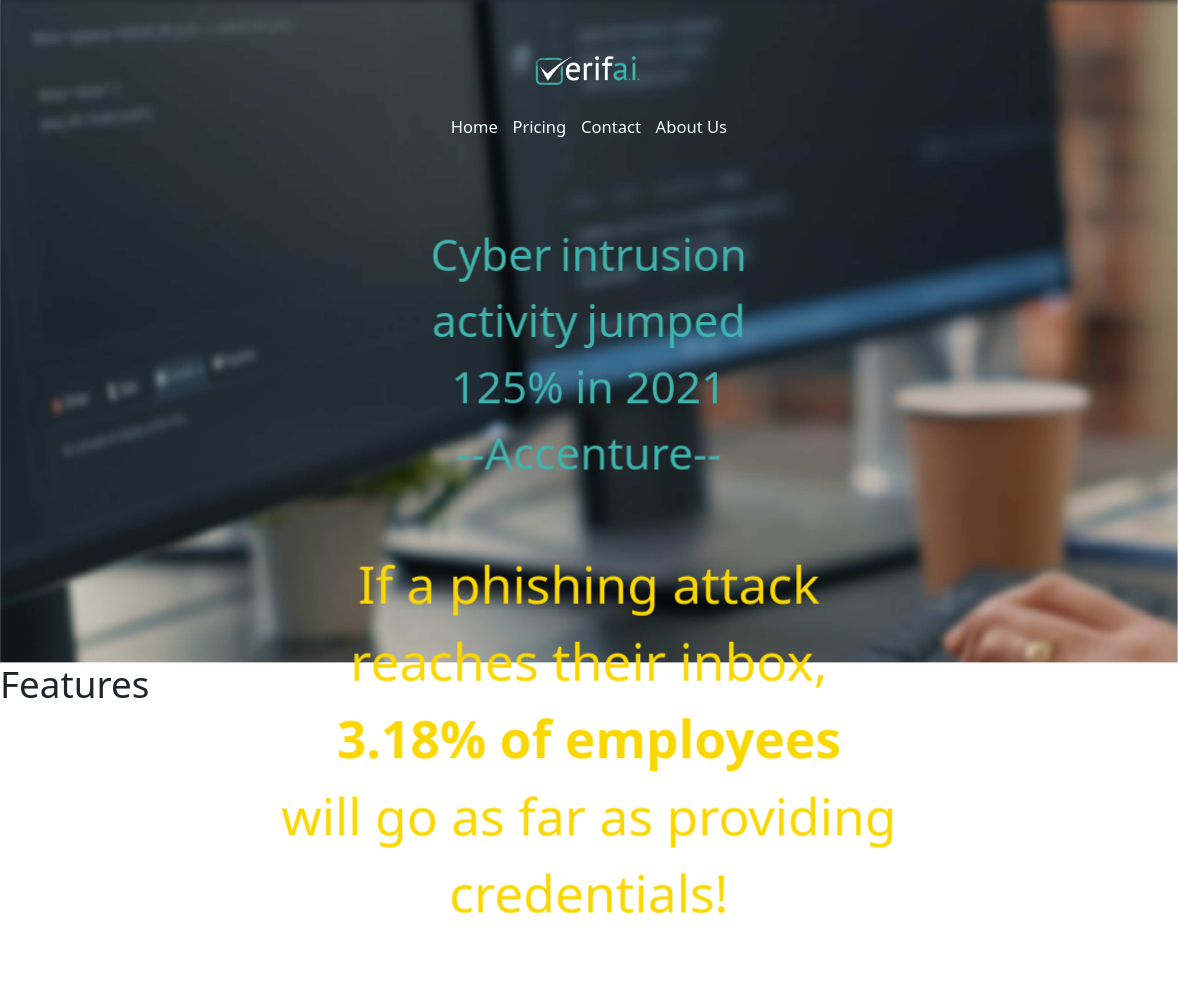
Repository: Ali-VB/verif-website
Page: /
The author's editor kept a copy of each file at every save. The page is drawn from the files as they stood at one save, then again after a run of saves.
The browser window is 1280 px wide. The pictures show the whole page, at 92% of full size.
The project was rebuilt for these pictures with package versions that can differ from the ones it lists, and the page was loaded fresh each time.

Above is the page before, as saved 2022-04-19 09:59:31.

### src/index.css
 body {
  margin: 0;
  padding: 0;
  font-family: -apple-system, BlinkMacSystemFont, 'Segoe UI', 'Roboto', 'Oxygen',
    'Ubuntu', 'Cantarell', 'Fira Sans', 'Droid Sans', 'Helvetica Neue',
    sans-serif;
  -webkit-font-smoothing: antialiased;
  -moz-osx-font-smoothing: grayscale;
}

/* code {
  font-family: source-code-pro, Menlo, Monaco, Consolas, 'Courier New',
    monospace;
}  */

### src/App.js
import React from "react";
import './App.css'
import Navbar from './components/Navbar/Navbar';
import Features from './components/Features/Features'
import Header from './components/Header/Header'


function App() {
  return (
    <div>
      <div className="nav-bg">
        <Navbar />
        <Header />

      </div>
       <Features />
    </div>

  );
}

export default App;

### src/App.css

.nav-bg{
    background-image: url("./Assets/imgs/nav-bg.png");
    height: 100vh;
}

### src/components/Navbar/Navbar.jsx
import React from "react";
import "./Navbar.css";
import verifLogo from "../../Assets/imgs/logo_verif_white.png";
import Header from "../Header/Header";

function Navbar() {
  return (
    <div className="container">
      <div className=" navbar">
        <img className="verif-logo" src={verifLogo} alt="verif-logo" />
        <ul className="navLink">
          <li>Home</li>
          <li>Pricing</li>
          <li>Contact</li>
          <li>About Us</li>
        </ul>
      </div>
    </div>
  );
}

export default Navbar;

### src/components/Features/Features.jsx
import React from 'react'
import './'
const Features = () => {
  return (
    <div>
      <div className="features-title-section">
        <h1 className="features-title">Features</h1>
      </div>
    </div>
  )
}

export default Features

### src/components/Header/Header.jsx
import React from "react";
import "./Header.css";

export default function Header() {
  return (
    <div className="header-animated">
      <div className="text-first">
        <span className="text-first-span">Cyber</span>
        <span className="text-first-span">intrusion</span>
        <span className="text-first-span">activity</span>
        <span className="text-first-span">jumped</span>
        <span className="text-first-span">125% in 2021</span>
        <span className="text-first-span">--Accenture--</span>
      </div>
      <div className="text-second">
        <span className="text-second-span">If a phishing attack reaches their inbox,</span>
        <span className="text-second-span">3.18% of employees</span>
        <span className="text-second-span">
          will go as far as providing credentials!
        </span>
      </div>
    </div>
  );
}

### src/components/Navbar/Navbar.css

.navbar{
    display: flex;
    flex-direction: column;
    justify-content: center;
    height:10rem;
}
.verif-logo{
    width: 8rem;
    margin-top: 3rem;
}
.verif-logo:hover{
    cursor: pointer;
}
.navLink{
    margin: 0;
    padding:0;
    list-style-type: none;
    display: flex;
    color: azure;
    font-size: 18px;
    gap: 1rem;

}
.navLink:hover{
    cursor: pointer;
}

### src/components/Header/Header.css
.header-animated{
    overflow-wrap:break-word;
    margin:0 auto;
    padding: 3rem 5rem;
}

.text-first {
    padding: 2rem 2rem;
    color: #40B3AC;
    font-size:3rem;
    width: 40%;
    margin: 0 auto;
    text-align: center;
    transform: scale(0.94);
    animation: scale 2s forwards cubic-bezier(0.5, 1, 0.89, 1);
  }
.text-second {
    padding: 2rem 2rem;
    color: #FAD700;
    font-size:3.5rem;
    width: 70%;
    margin: 0 auto;
    text-align: center;
    transform: scale(0.94);
    animation: scale 3s forwards cubic-bezier(0.5, 1, 0.89, 1);
  }
  @keyframes scale {
    100% {
      transform: scale(1);
    }
  }

  .text-first-span {
    display: inline-block;
    opacity: 0;
    filter: blur(4px);
  }

  .text-first-span:nth-child(1) {
    animation: fade-in 1s 0.1s forwards cubic-bezier(0.11, 0, 0.5, 0);
    margin: 0 0.3rem;
  }

  .text-first-span:nth-child(2) {
    animation: fade-in 1s 0.3s forwards cubic-bezier(0.11, 0, 0.5, 0);
    margin: 0 0.3rem;
  }

  .text-first-span:nth-child(3) {
    animation: fade-in 1s 0.5s forwards cubic-bezier(0.11, 0, 0.5, 0);
    margin: 0 0.3rem;
  }

  .text-first-span:nth-child(4) {
    animation: fade-in 1s 0.7s forwards cubic-bezier(0.11, 0, 0.5, 0);
    margin: 0 0.3rem;
  }

  .text-first-span:nth-child(5) {
    animation: fade-in 1s 0.9s forwards cubic-bezier(0.11, 0, 0.5, 0);
    margin: 0 0.3rem;
  }
  .text-first-span:nth-child(6) {
    animation: fade-in 1s 0.9s forwards cubic-bezier(0.11, 0, 0.5, 0);
    margin: 0 0.3rem;
  }

  .text-second-span {
    display: inline-block;
    opacity: 0;
    filter: blur(4px);
  }

  .text-second-span:nth-child(1) {
    animation: fade-in 1.2s 2.2s forwards cubic-bezier(0.11, 0, 0.5, 0);
    margin: 0 0.3rem;
  }

  .text-second-span:nth-child(2) {
    animation: fade-in 1.8s 2.6s forwards cubic-bezier(0.11, 0, 0.5, 0);
    margin: 0 0.3rem;
    font-weight: bolder;
  }

  .text-second-span:nth-child(3) {
    animation: fade-in 1.2s 3.6s forwards cubic-bezier(0.11, 0, 0.5, 0);
    margin: 0 0.3rem;
  }


  @keyframes fade-in {
    100% {
      opacity: 1;
      filter: blur(0);
    }
  }

  @media only screen and (max-width: 992px) {
    .text-first {
        margin-top: 3rem;
        margin-bottom: 2rem;
        padding: 0.1rem 0.1rem;
        width: 90%;
        font-size:3.5rem;


      }
      .text-second {
        padding: 0.1rem 0.1rem;
        width: 90%;
        font-size:4rem;

      }
  }

  @media only screen and (max-width: 768px) {
    .text-first {
        margin-top: 4.5rem;
        margin-bottom: 3rem;
        padding: 0.1rem 0.1rem;
        width: 90%;
        font-size:1.5rem;


      }
    .text-second {
        padding: 0.1rem 0.1rem;
        width: 90%;
        font-size:2.1rem;

      }
  }

### src/components/Features/Features.css
.features-title-section{
     height: 5rem;
    background-color: red;
}
.features-title{
   padding: 2rem;
   margin: 0 auto;
}

Loaded but not shown: public/index.html (common file); src/index.js (common file); src/reportWebVitals.js (common file)

After the next 3 saves:
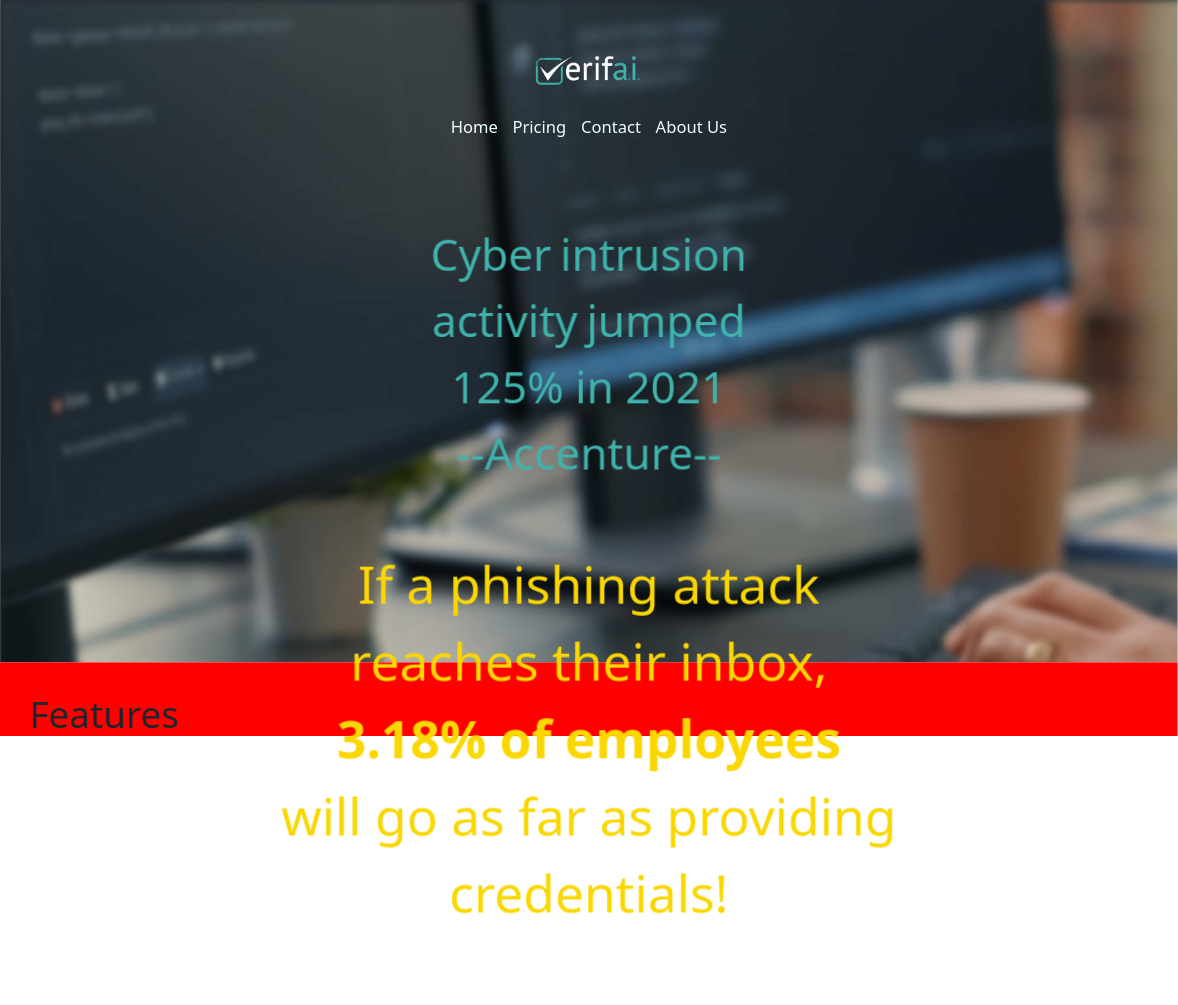
The 3 saves are shown as one change because they came seconds apart.
The last was saved 8 s later.
--- a/src/components/Features/Features.jsx
+++ b/src/components/Features/Features.jsx
@@ -1,5 +1,5 @@
 import React from 'react'
-import './'
+import './Features.css'
 const Features = () => {
   return (
     <div>
